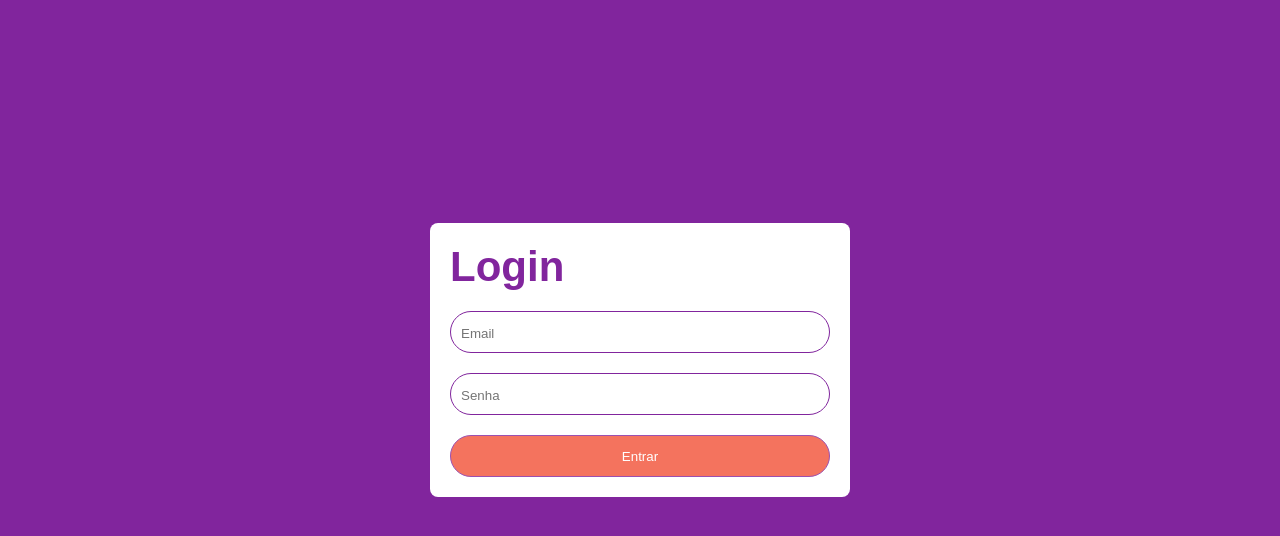
Repository: VictorRB-PB/validacao-com-hookform-e-yup
Page: /
The author's editor kept a copy of each file at every save. The page is drawn from the files as they stood at one save, then again after the next save.
The browser window is 1280 px wide. The pictures show the whole page.
The project was rebuilt for these pictures with package versions that can differ from the ones it lists, and the page was loaded fresh each time.

Above is the page before, as saved 2024-01-11 11:20:21.

After the next save:
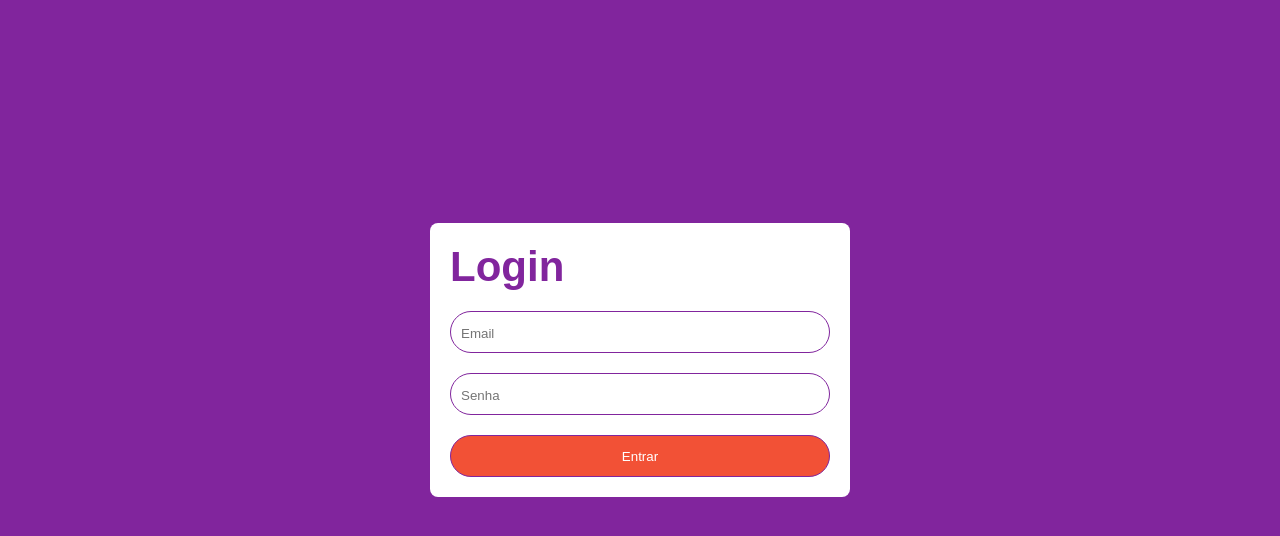
Saved 15 s later.
--- a/src/components/Button/styles.ts
+++ b/src/components/Button/styles.ts
@@ -12,7 +12,6 @@ export const ButtonContainer = styled.button`
 
     &:disabled {
         background-color: #F25136;
-        opacity: 0.8;
     }.invalid {
         background: red;
     }.error {
